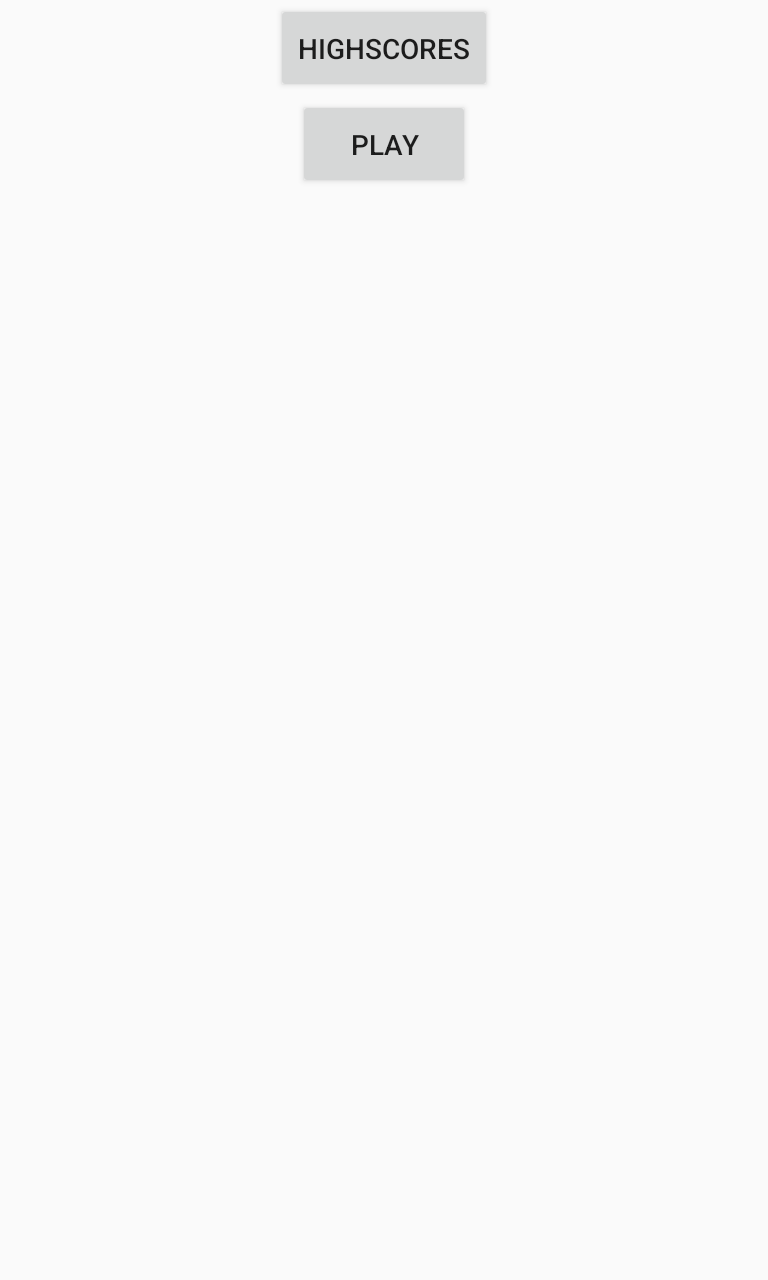
Repository: RedJaVa68/DirectionRunner
Layout: DirectionRunner/res/layout/activity_main.xml
An editor plug-in stored every save of this project. The layout is shown before and after the next save, followed by the edit.
It is drawn on a 768 x 1280 px phone screen (xhdpi) without system bars, with theme AppTheme; the app's code is not run.

Above is the layout before, as saved 2015-05-06 00:42:16.

After the next save:
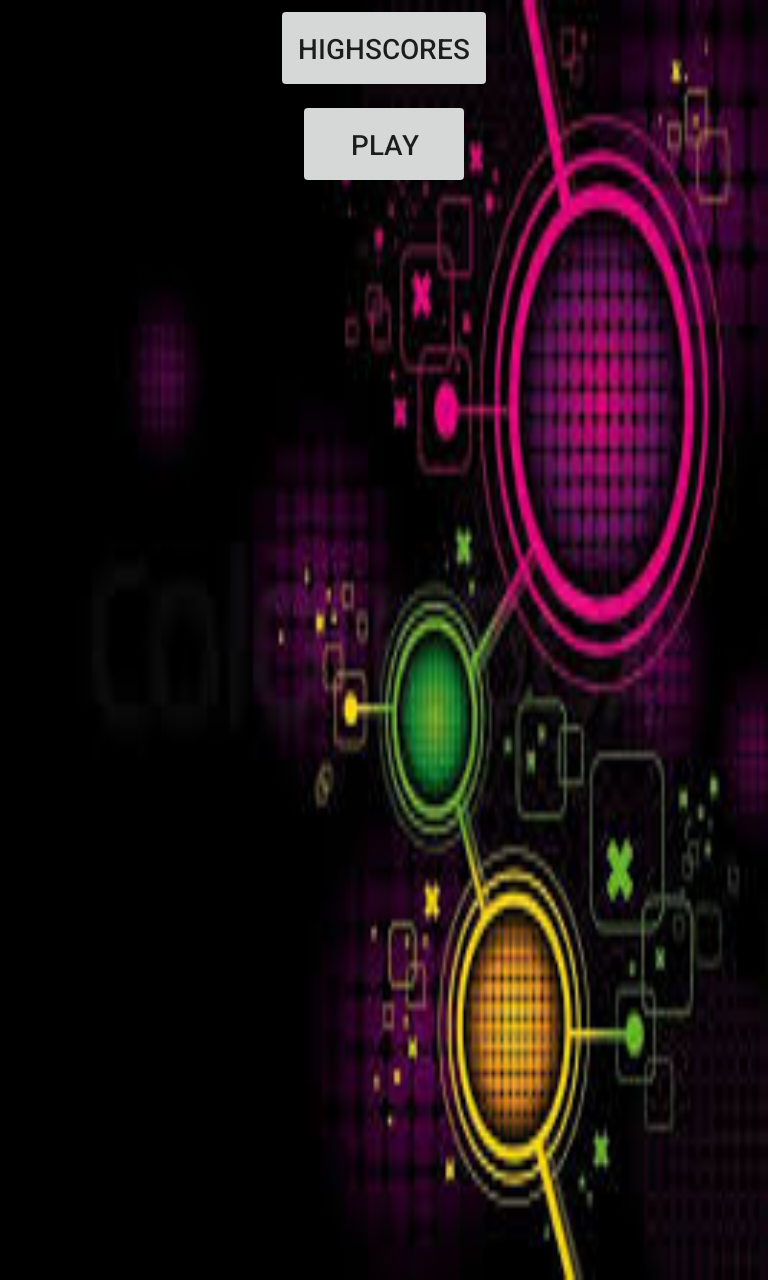
Saved 17 min 41 s later.
--- a/DirectionRunner/res/layout/activity_main.xml
+++ b/DirectionRunner/res/layout/activity_main.xml
@@ -4,16 +4,18 @@
     android:orientation="vertical"
     android:gravity="center_horizontal"
     android:layout_width="fill_parent"
-    android:layout_height="fill_parent">
+    android:layout_height="fill_parent"
+    android:background="@drawable/bg">
     <Button
         android:id="@+id/statsButton"
        	android:layout_width="wrap_content"
        	android:layout_height="wrap_content"
         android:text="Highscores" />
+
     <Button
         android:id="@+id/playButton"
         android:layout_width="wrap_content"
         android:layout_height="wrap_content"
-        android:text="Play"/>
+        android:text="Play" />
 
 </LinearLayout>
